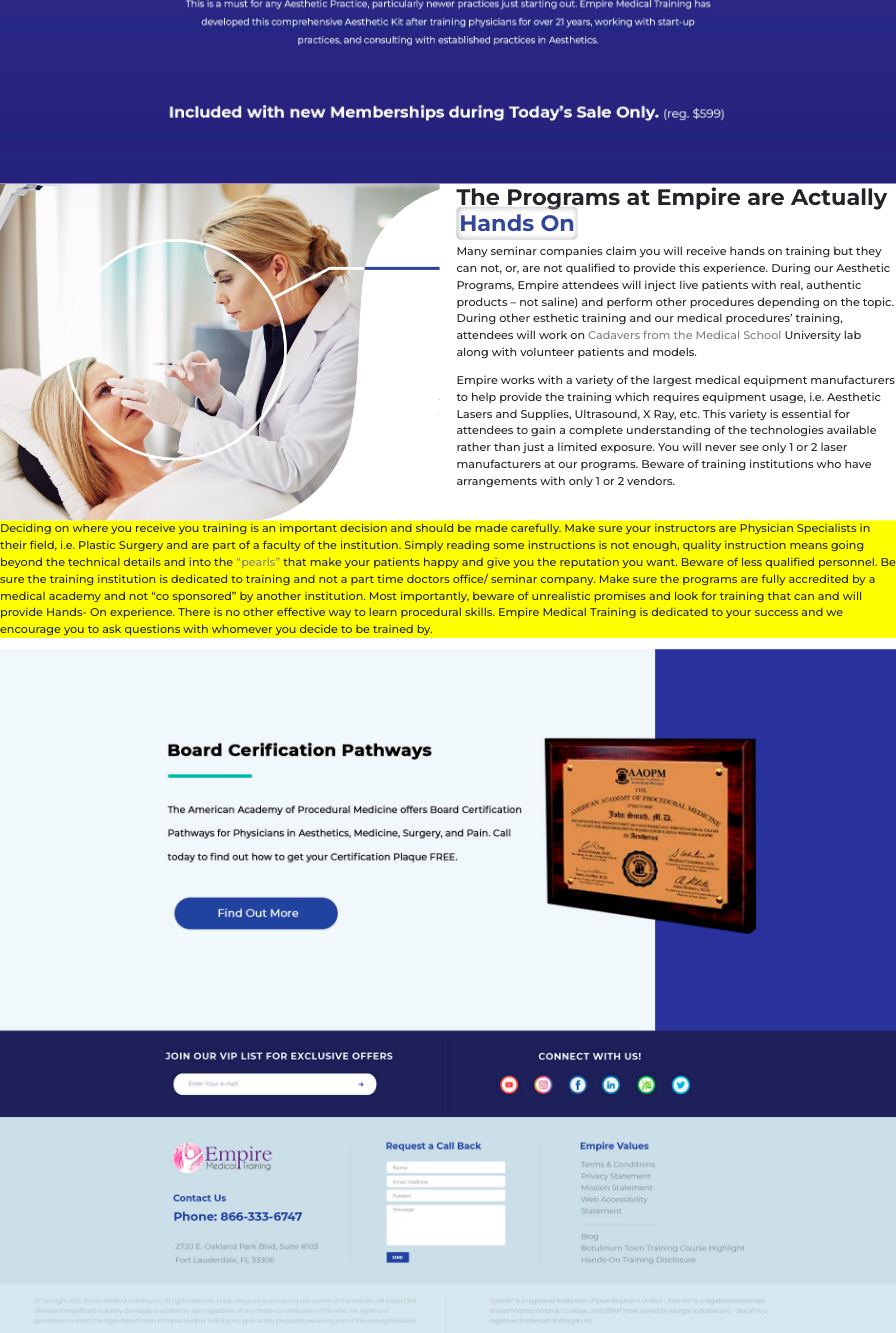
Repository: jorgi710/BODY-CONTOURING-INJECTABLES-AND-ADJUNCT-PROCEDURES
Page: our quarantee/file/public/index.html
These files come from the project's save history. The page is drawn as it stood at one moment and after the next save; the edit follows.
The browser window is 1280 px wide. The pictures show the part of the page from y = 3679 to 5599 px (the page is 5583 px tall before and 5599 px after), at 70% of full size.

Above is the page before, as saved 2021-04-07 00:17:18.

After the next save:
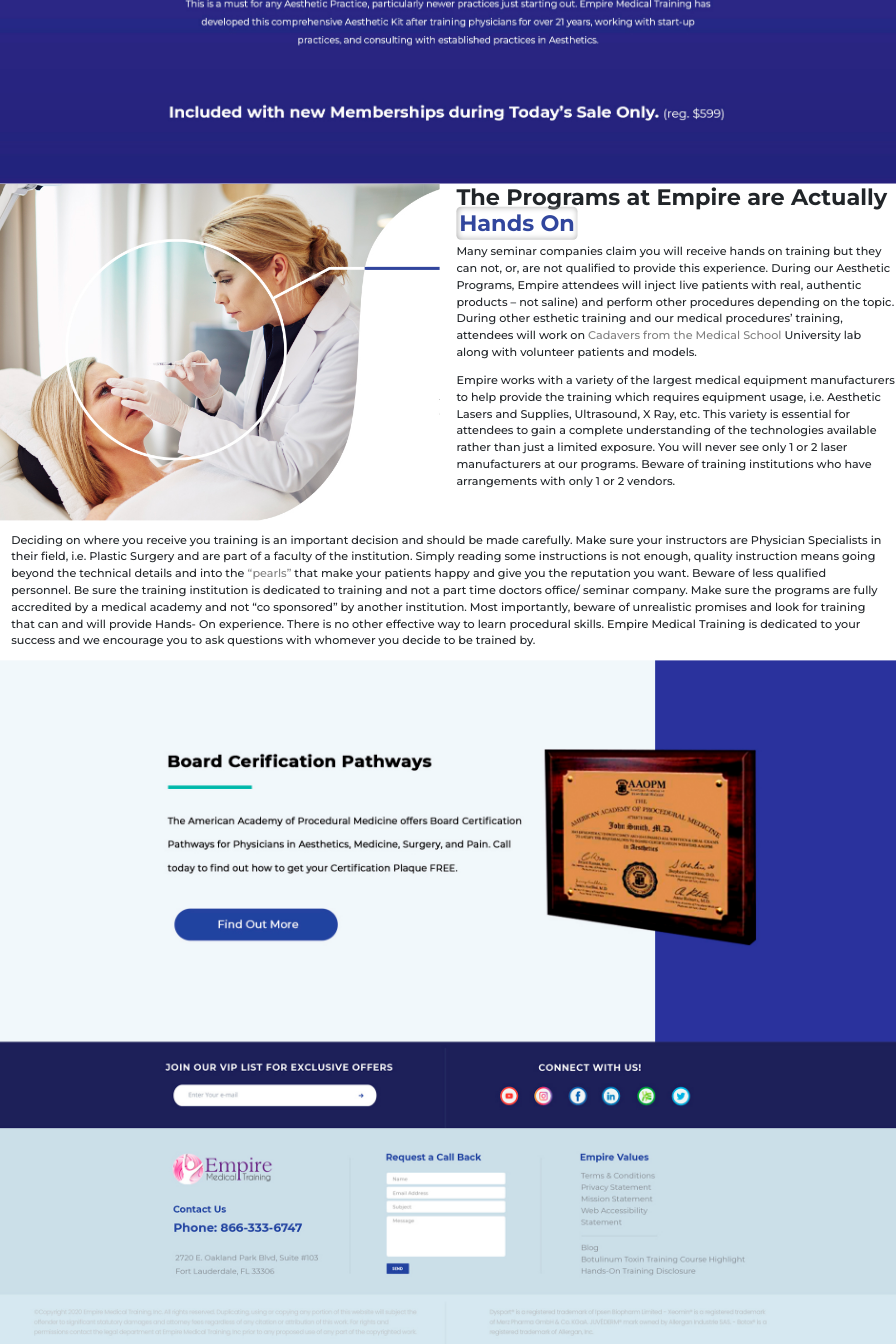
Saved 7 s later.
--- a/our quarantee/file/public/css/style.css
+++ b/our quarantee/file/public/css/style.css
@@ -361,5 +361,8 @@
 }
 /* section_5_parte_2*/
 .section_5 .last {
-  background-color: yellow;
-}
+  font-size: 1rem;
+  margin: 1rem 0;
+  padding: 0 1rem;
+  align-items: center;
+}
